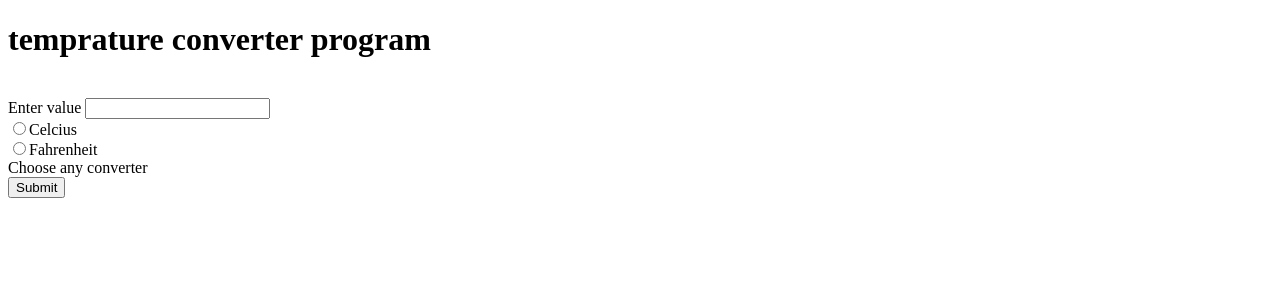
Repository: albinsabu2023/Stopwatch-program
Page: index.html
These files come from the project's save history. The page is drawn as it stood at one moment and after the next save; the edit follows.
The browser window is 1280 px wide. The pictures show the whole page.

Above is the page before, as saved 2023-03-02 23:06:41.

### index.html
<!DOCTYPE html>

<head>
    <meta charset="UTF-8">
    <meta http-equiv="X-UA-Compatible" content="IE=edge">
    <meta name="viewport" content="width=device-width, initial-scale=1.0">
    <link rel="stylesheet" href="style.css">
    <title>Document</title>
</head>
    <h1>temprature converter program</h1><br>
    <label>Enter value</label>
    <input type="text" id="text"></input><br>

    <input type="radio"  id="cel" name="temp">Celcius</input><br>
    <input type="radio" id="far" name ="temp">Fahrenheit</input><br>
    <label id="ans"> Choose any converter</label><br>
    <button type="submit" id ="submit">Submit</button>
    <script src="index.js"></script>
</body>
</html>

### style.css
.c-1{
    display: flex;
    background-color: aquamarine;
}

### index.js
//SCOPE
/** let is limited to block
 *  var is referenced to a function
 * for(var i){
 * }
 * console.log(i) /// ERRROR!!!! cant acces
 *
 */

//locale and options
//  -----------------------
// let num = 1234.56;
// num = num.toLocaleString("en-us"); ///english usa
// console.log(num);
// num = num.toLocaleString("hi-In"); //hindi india
// console.log(num);
// num = num.toLocaleString("de-De"); //standard german
// console.log(num);
//  convert to currency
//  TO CURRENCY
//------------------

// let num = 12345.467;
// num = num.toLocaleString("en-US", { style: "currency", currency: "INR" });
// console.log(num);
//TO UNIT AND PERCENTAGE
//-----------------------------------
// num = num.toLocaleString("undefined", { style: "percentage", });
// num = num.toLocaleString("undefined", { style: "unit",,unit:"celcius" });

//NUMBER GUESSING PROGRAM
{
  /* <h1>Number Guessing Game</h1>
    <p>Pick a number between 1 to 10</p>
    <label>enter a guess</label>
    <input id="guess" type="text"></input>
    <input type="submit" id="submit"></input> */
}
// const ans = Math.floor(Math.random() * 10 + 1);
// let guess = 0;
// document.getElementById("submit").onclick = function () {
//   guess = document.getElementById("guess").value;
//   if (guess == ans) {
//     alert(`${ans} is the number it took ${guess} `);
//   } else if (guess < ans) {
//     console.log("too small");
//   } else if (guess > num) {
//     console.log("too big");
//   }
// };

//TEMPRATURE CONVERTER PROGRAM

document.getElementById("submit").onclick = function () {
  let temp;

  if (document.getElementById("cel").checked) {
    temp = document.getElementById("text").value;
    temp = Number(temp);
    let res = toCel(temp);
    document.getElementById("ans").innerHTML =
      " you enterd in celcius  is" + res;
  } else if (document.getElementById("far").checked) {
    temp = document.getElementById("text").value;
    temp = Number(temp);
    let res = toFar(temp);
    document.getElementById("ans").innerHTML =
      "you enterd in faranheit  is " + res;
  } else {
    document.getElementById("ans").innerHTML = "please choose one";
  }
};

function toCel(temp) {
  return (temp - 32) * (5 / 9);
}
function toFar(temp) {
  return (temp * 9) / 5 + 32;
}

After the next save:
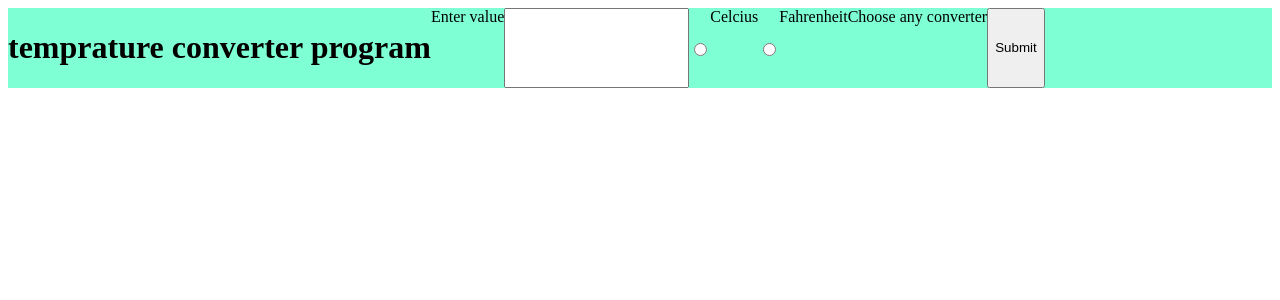
Saved 4 s later.
--- a/index.html
+++ b/index.html
@@ -7,14 +7,18 @@
     <link rel="stylesheet" href="style.css">
     <title>Document</title>
 </head>
-    <h1>temprature converter program</h1><br>
-    <label>Enter value</label>
-    <input type="text" id="text"></input><br>
+    <div class="c-1">
 
-    <input type="radio"  id="cel" name="temp">Celcius</input><br>
-    <input type="radio" id="far" name ="temp">Fahrenheit</input><br>
-    <label id="ans"> Choose any converter</label><br>
-    <button type="submit" id ="submit">Submit</button>
+
+        <h1>temprature converter program</h1><br>
+        <label>Enter value</label>
+        <input type="text" id="text"></input><br>
+
+        <input type="radio"  id="cel" name="temp">Celcius</input><br>
+        <input type="radio" id="far" name ="temp">Fahrenheit</input><br>
+        <label id="ans"> Choose any converter</label><br>
+        <button type="submit" id ="submit">Submit</button>
+    </div>
     <script src="index.js"></script>
 </body>
 </html>
